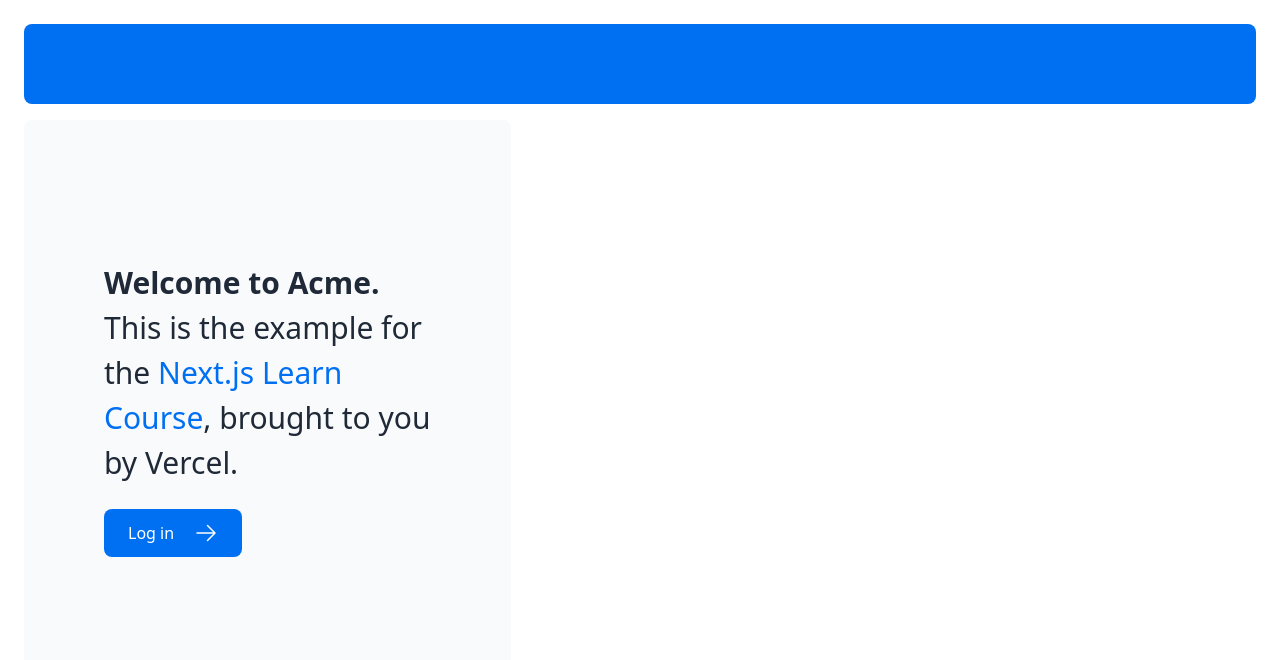
Repository: lokinell/nextjs-dashboard
Page: /
These files come from the project's save history. The page is drawn as it stood at one moment and after the next save; the edit follows.
The browser window is 1280 px wide. The pictures show the whole page.
The project was rebuilt for these pictures with package versions that can differ from the ones it lists, and the page was loaded fresh each time. The framework's server and built-in components were replaced by stand-ins that run in the browser. Also part of the build but not shown: next.config.js.

Above is the page before, as saved 2024-03-11 23:34:44.

### app/page.tsx
import AcmeLogo from '@/app/ui/acme-logo';
import { ArrowRightIcon } from '@heroicons/react/24/outline';
import Link from 'next/link';

export default function Page() {
  return (
    <main className="flex min-h-screen flex-col p-6">
      <div className="flex h-20 shrink-0 items-end rounded-lg bg-blue-500 md:h-30">
        {/* <AcmeLogo /> */}
      </div>
      <div className="mt-4 flex grow flex-col gap-4 md:flex-row">
        <div className="flex flex-col justify-center gap-6 rounded-lg bg-gray-50 px-6 py-10 md:w-2/5 md:px-20">
          <p className={`text-xl text-gray-800 md:text-3xl md:leading-normal`}>
            <strong>Welcome to Acme.</strong> This is the example for the{' '}
            <a href="https://nextjs.org/learn/" className="text-blue-500">
              Next.js Learn Course
            </a>
            , brought to you by Vercel.
          </p>
          <Link
            href="/login"
            className="flex items-center gap-5 self-start rounded-lg bg-blue-500 px-6 py-3 text-sm font-medium text-white transition-colors hover:bg-blue-400 md:text-base"
          >
            <span>Log in</span> <ArrowRightIcon className="w-5 md:w-6" />
          </Link>
        </div>
        <div className="flex items-center justify-center p-6 md:w-3/5 md:px-28 md:py-12">
          {/* Add Hero Images Here */}
        </div>
      </div>
    </main>
  );
}

Loaded but not shown: app/layout.tsx (common file); app/ui/global.css (common file); tailwind.config.ts (common file)

After the next save:
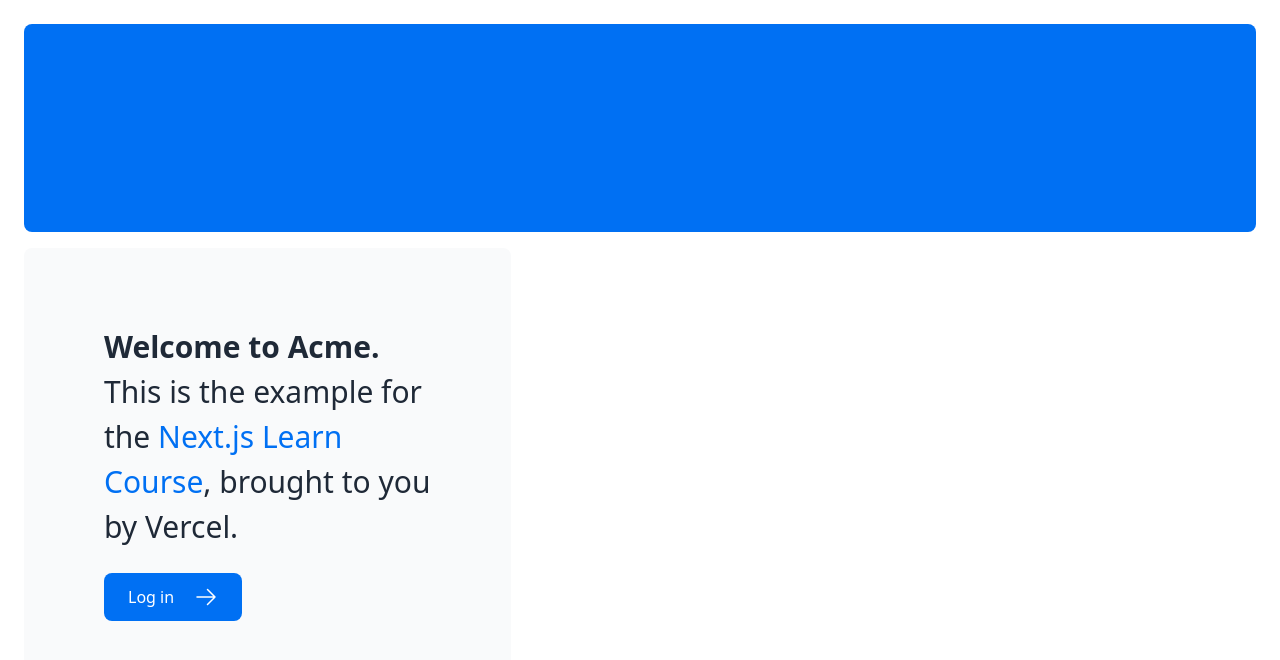
Saved 7 s later.
--- a/app/page.tsx
+++ b/app/page.tsx
@@ -5,7 +5,7 @@
 export default function Page() {
   return (
     <main className="flex min-h-screen flex-col p-6">
-      <div className="flex h-20 shrink-0 items-end rounded-lg bg-blue-500 md:h-30">
+      <div className="flex h-20 shrink-0 items-end rounded-lg bg-blue-500 md:h-52">
         {/* <AcmeLogo /> */}
       </div>
       <div className="mt-4 flex grow flex-col gap-4 md:flex-row">
